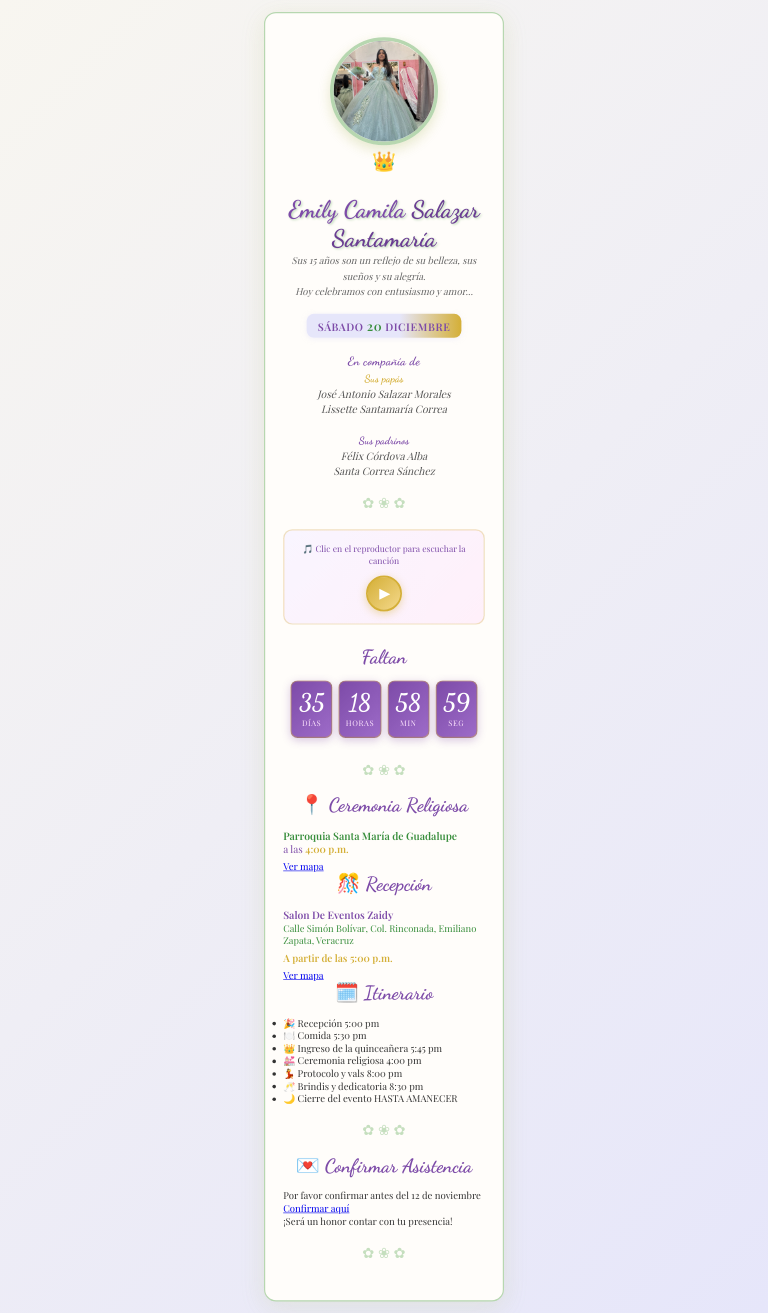
Repository: Jurgt2/InvitacionXvCamila
Page: index.html
An editor plug-in stored every save of this project. The page is shown before and after the next save, followed by the edit.
The browser window is 1280 px wide. The pictures show the whole page, at 60% of full size.
Some web fonts or font styles are not loaded; a fallback is used.

Above is the page before, as saved 2025-11-14 21:29:01.

After the next save:
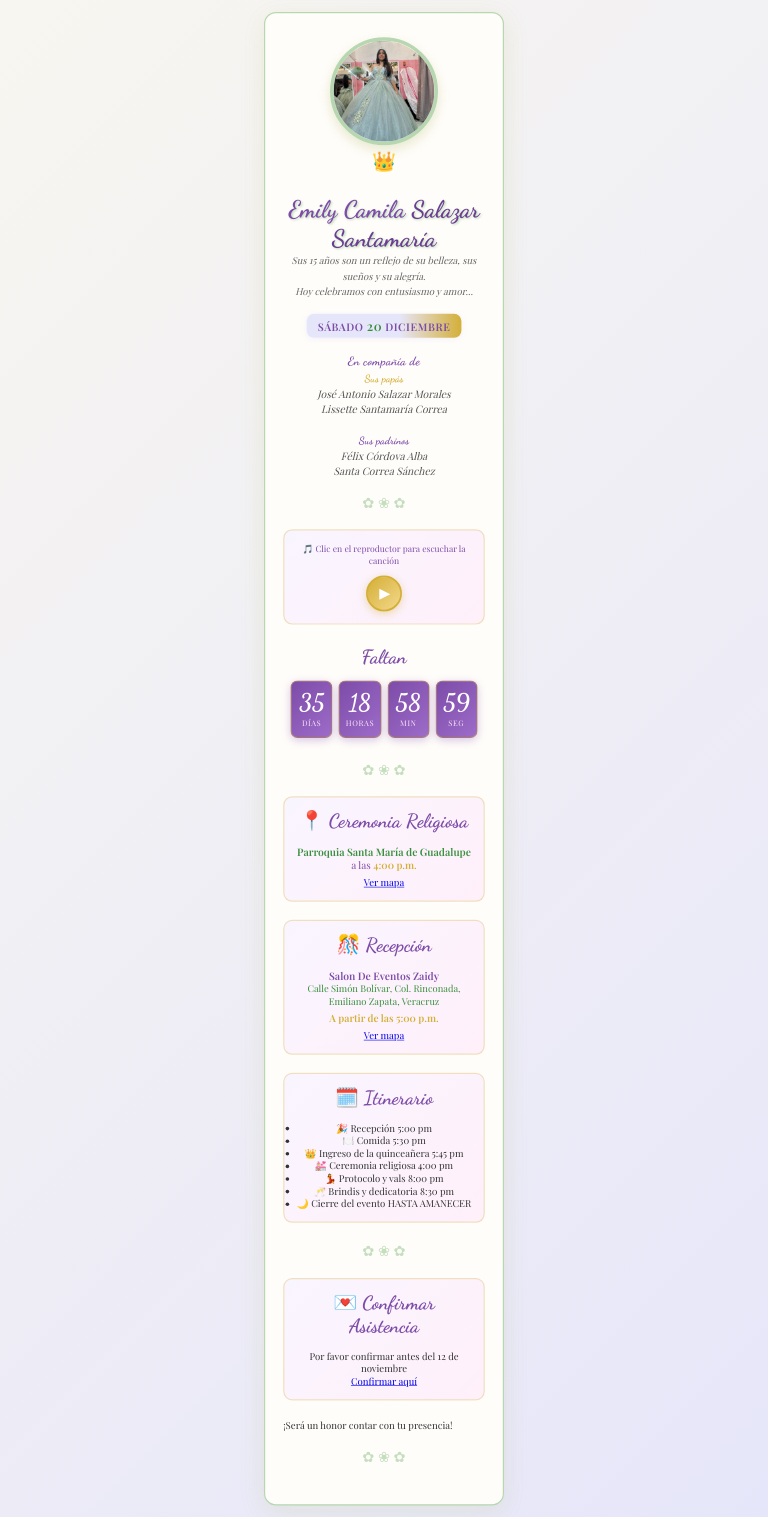
Console error: TypeError: Cannot read properties of null (reading 'href')
Saved 3 min 19 s later.
--- a/index.html
+++ b/index.html
@@ -96,7 +96,7 @@
         <div class="floral-divider">✿ ❀ ✿</div>
 
         <!-- 6. Sección LUGAR -->
-        <div class="location-section">
+        <div class="music-section">
             <h2 class="section-title">📍 Ceremonia Religiosa</h2>
             <p class="location-name" style="color:#388e3c; font-size:1.08rem; font-weight:700;">Parroquia Santa María de Guadalupe</p>
             <div style="color:#7d4ba8; font-size:1.05rem; margin-bottom:7px;">a las <span style="color:#d4af37; font-weight:700;">4:00 p.m.</span></div>
@@ -106,7 +106,7 @@
         </div>
 
         <!-- 7. Sección RECEPCIÓN -->
-        <div class="location-section">
+        <div class="music-section">
             <h2 class="section-title">🎊 Recepción</h2>
             <p class="location-name" style="color:#7d4ba8; font-size:1.08rem; font-weight:700;">Salon De Eventos Zaidy</p>
             <div style="color:#388e3c; font-size:0.98rem; margin-bottom:7px;">Calle Simón Bolívar, Col. Rinconada, Emiliano Zapata, Veracruz</div>
@@ -116,7 +116,7 @@
             </a>
         </div>
         <!-- 8. Sección ITINERARIO -->
-        <div class="itinerary-section">
+        <div class="music-section">
             <h2 class="section-title">🗓️ Itinerario</h2>
             <ul class="itinerary-list">
                 <li class="itinerary-item">
@@ -160,8 +160,8 @@
         <!-- Decoración floral -->
         <div class="floral-divider">✿ ❀ ✿</div>
 
-        <!-- 8. Sección CONFIRMAR ASISTENCIA -->
-        <div class="rsvp-section">
+        <!-- 9. Sección CONFIRMAR ASISTENCIA -->
+        <div class="music-section">
             <h2 class="section-title">💌 Confirmar Asistencia</h2>
             <p class="rsvp-text">Por favor confirmar antes del 12 de noviembre</p>
             <a href="https://wa.me/522791007933?text=Hola%2C%20confirmo%20mi%20asistencia%20a%20los%2015%20a%C3%B1os%20de%20Emily%20Camila.%20%C2%A1Ser%C3%A1%20un%20honor%20acompa%C3%B1arla%20en%20su%20d%C3%ADa%20especial!%20%F0%9F%92%96%F0%9F%8E%89" target="_blank" rel="noopener noreferrer" class="btn btn-primary">
